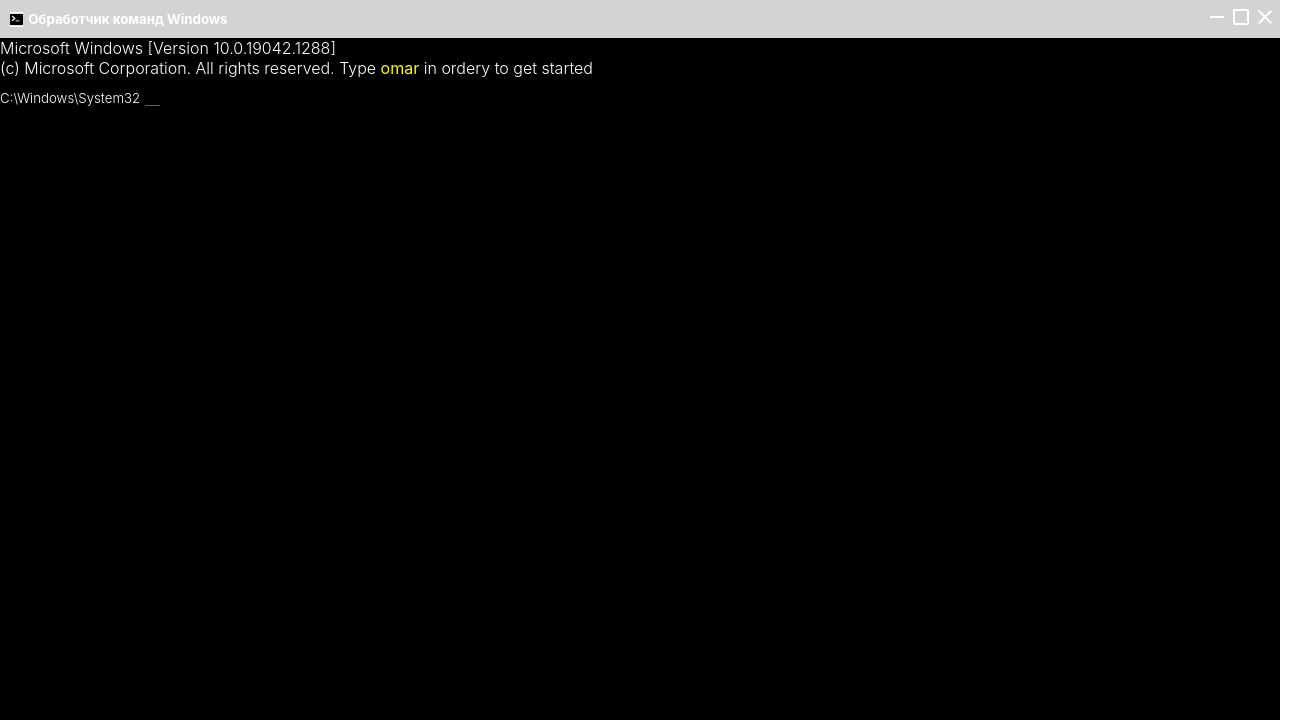
Repository: om1ars/cmd-port
Page: /
The author's editor kept a copy of each file at every save. The page is drawn from the files as they stood at one save, then again after the next save.
The browser window is 1280 px wide. The page is 1280 px wide, then 1302 px, then 1280 px, so the pictures cover 1302 px, including what lies to the right of the window. The pictures show the whole page.
The project was rebuilt for these pictures with package versions that can differ from the ones it lists, and the page was loaded fresh each time.

Above is the page before, as saved 2021-11-04 16:52:01.

After the next save:
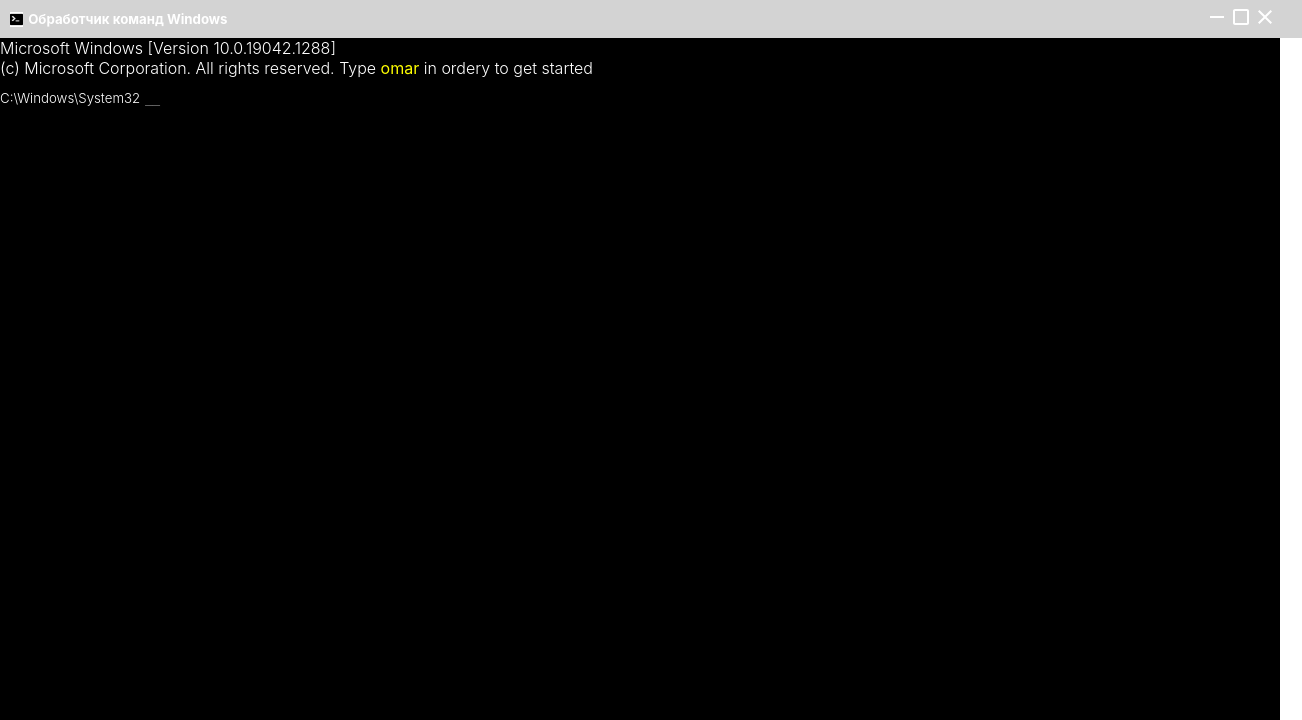
Saved 3 min 47 s later.
--- a/src/index.css
+++ b/src/index.css
@@ -1,6 +1,6 @@
 * {
   margin: 0;
-  overflow-x: hidden;
+  /* overflow-x: hidden; */
 }
 body {
   margin: 0;

After the save that followed:
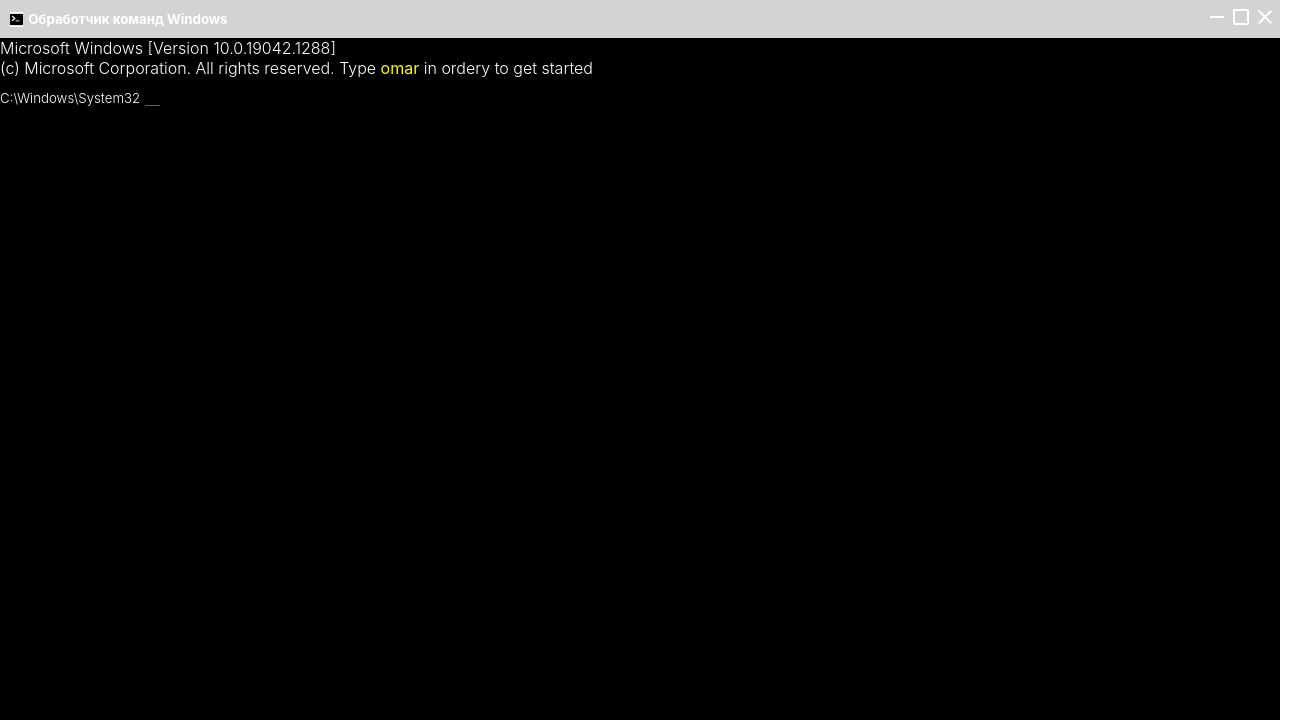
Saved 7 s later.
--- a/src/index.css
+++ b/src/index.css
@@ -1,6 +1,6 @@
 * {
   margin: 0;
-  /* overflow-x: hidden; */
+  overflow-x: hidden;
 }
 body {
   margin: 0;
